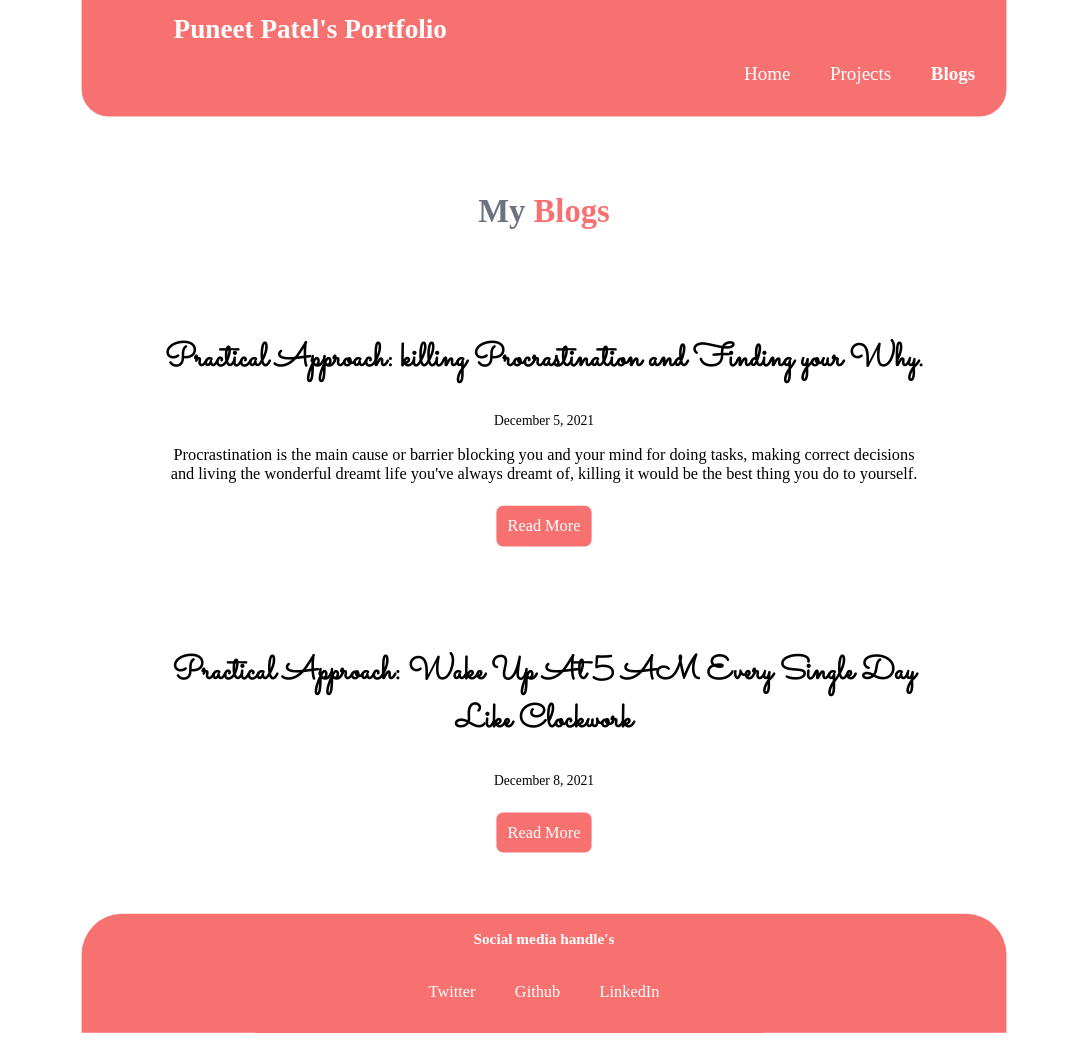
Repository: PuneetP16/Portfolio
Page: blogs.html
The author's editor kept a copy of each file at every save. The page is drawn from the files as they stood at one save, then again after the next save.
The browser window is 1280 px wide. The pictures show the whole page, at 85% of full size.
Some web fonts or font styles are not loaded; a fallback is used.

Above is the page before, as saved 2021-12-10 01:52:31.

After the next save:
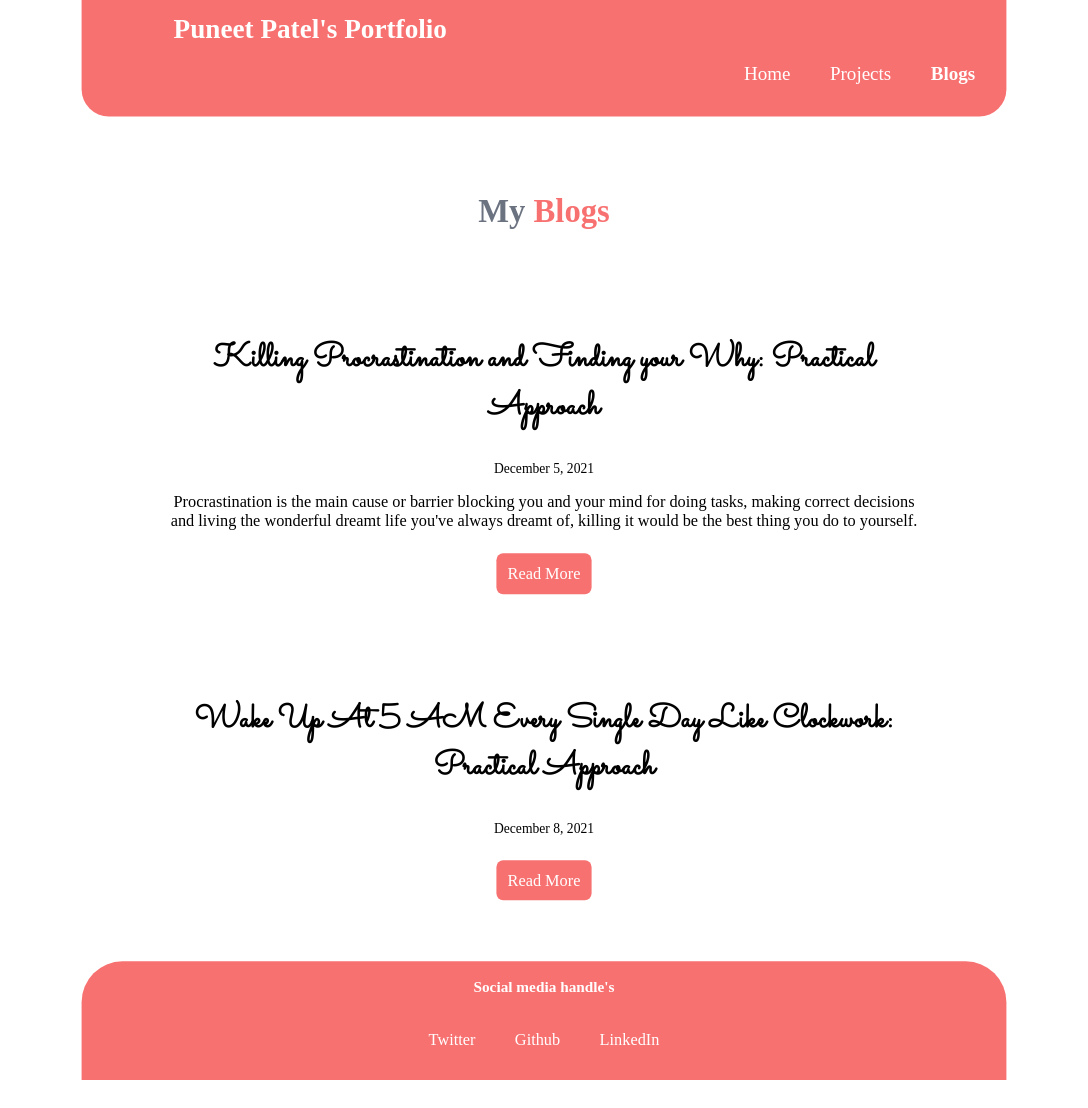
Saved 22 s later.
--- a/blogs.html
+++ b/blogs.html
@@ -33,7 +33,7 @@
   <ul class="list-non-bullet">
     <li>
       <article class="list-item-container container container-center">
-        <h1>Practical Approach: killing Procrastination and Finding your Why.</h1>
+        <h1>Killing Procrastination and Finding your Why: Practical Approach</h1>
         <small>December 5, 2021</small>
         <p>
           Procrastination is the main cause or barrier blocking you and your mind for doing tasks, making correct decisions and living the wonderful dreamt life you've always dreamt of, killing it would be the best thing you do to yourself.
@@ -44,7 +44,7 @@
 
     <li>
       <article class="list-item-container container container-center">
-        <h1>Practical Approach: Wake Up At 5 AM Every Single Day Like Clockwork </h1>
+        <h1>Wake Up At 5 AM Every Single Day Like Clockwork: Practical Approach </h1>
         <small>December 8, 2021</small>
         <p>
 
